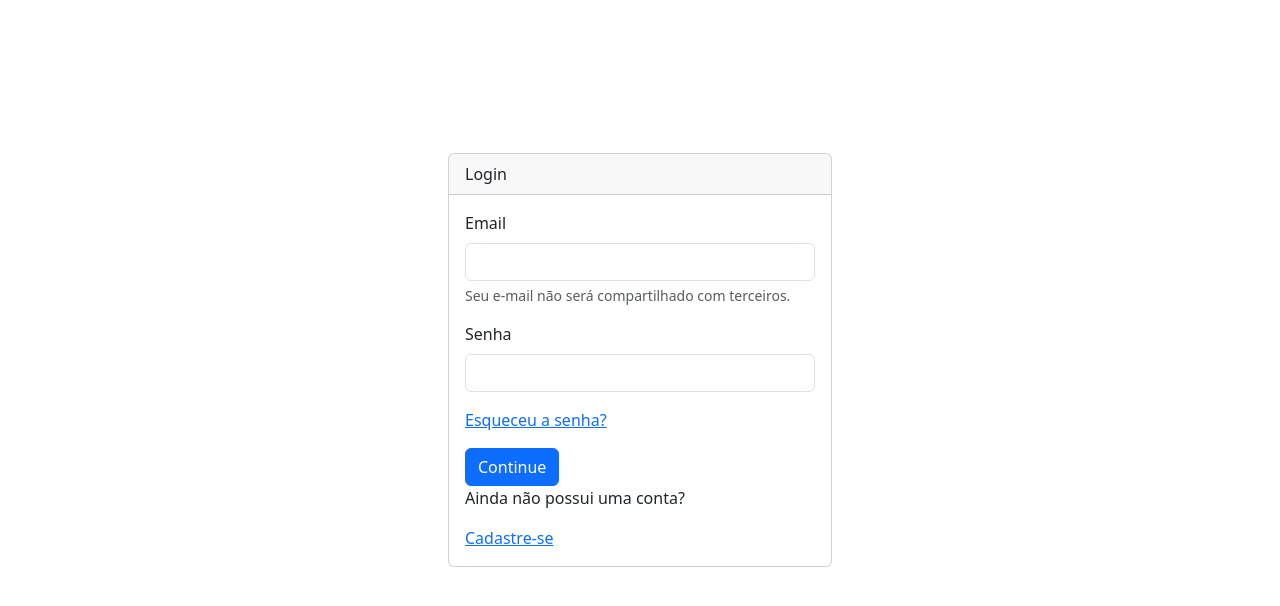
Repository: vandrecx/utilitaries
Page: http://localhost/login_archive/index.php
The author's editor kept a copy of each file at every save. The page is drawn from the files as they stood at one save, then again after the next save.
The browser window is 1280 px wide. The pictures show the whole page.
The page is run by PHP 8.4 with error messages shown; the project is at /var/www/html/.

Above is the page before, as saved 2024-05-01 14:32:29.

### login_archive/index.php
<?php

require_once 'Conn.php';
include 'funcoes.php';

?>

<!DOCTYPE html>
<html lang="en">
<head>
    <meta charset="UTF-8">
    <meta name="viewport" content="width=device-width, initial-scale=1.0">
    <link href="https://cdn.jsdelivr.net/npm/bootstrap@5.3.3/dist/css/bootstrap.min.css" rel="stylesheet" integrity="sha384-QWTKZyjpPEjISv5WaRU9OFeRpok6YctnYmDr5pNlyT2bRjXh0JMhjY6hW+ALEwIH" crossorigin="anonymous">
    <title>Página de Login</title>
</head>
<body>
    <div class="card" style="width: 30%; justify-content: center; position: absolute; top: 50%; left: 50%; transform: translate(-50%, -50%);">
        <div class="card-header">
            Login
        </div>
        <div class="card-body">
            <form method="POST" action="UserAuth.php">
                <div class="mb-3">
                    <label for="exampleInputEmail1" class="form-label">Email</label>
                    <input type="email" class="form-control" id="exampleInputEmail1" aria-describedby="emailHelp" name="email">
                    <div id="emailHelp" class="form-text">Seu e-mail não será compartilhado com terceiros.</div>
                </div>
                <div class="mb-3">
                    <label for="exampleInputPassword1" class="form-label">Senha</label>
                    <input type="password" class="form-control" id="exampleInputPassword1" name="password">
                </div>
                <div class="mb-3">
                    <a href="recupera_senha.php">Esqueceu a senha?</a>
                </div>
                <button type="submit" class="btn btn-primary" name="submit">Continue</button>
            </form>
                <p class="fst-normal">Ainda não possui uma conta? </p>
                <a href="">Cadastre-se</a>

                <?php if(isset($_GET['validation']) && $_GET['validation'] == '0'){ ?>
                    <br>
                    <div class="alert alert-danger" role="alert">
                        E-mail ou senha estão incorretos!
                    </div>
                <?php }else if(isset($_GET['validation']) && $_GET['validation'] == '1'){ ?>
                    <br>
                    <div class="alert alert-danger" role="alert">
                        Senha incorreta!
                    </div>
                <?php }else if(isset($_GET['validation']) && $_GET['validation'] == '2'){ ?>
                    <br>
                    <div class="alert alert-success" role="alert">
                        <h4 class="alert-heading">Senha alterada com sucesso!</h4>
                        <hr>
                        <p class="mb-0">Uma nova senha foi enviada para o e-mail <strong><?php echo hideEmail(); ?></strong></p>
                    </div>
                <?php } ?>
        </div>
    </div>
</body>
</html>

### login_archive/Conn.php
<?php

//PDO (PHP DATA OBJECTS)

$pdo = new PDO("mysql:host=localhost; dbname=sistema; charset=UTF8", "root", ""); // REALIZA CONEXÃO COM PDO
$pdo->setAttribute(PDO::ATTR_ERRMODE, PDO::ERRMODE_EXCEPTION); // EXCEPTIONS

?>

### login_archive/funcoes.php
<?php

require_once 'Conn.php';

// FUNÇÃO RESPONSÁVEL POR SANITIZAR OS DADOS PASSADOS POR POST
function sanitizeData($input_name, $type){
    switch ($type){

        case 'text':
            return filter_input(INPUT_POST, $input_name, FILTER_SANITIZE_SPECIAL_CHARS);
            break;

        case 'email':
            $email = filter_input(INPUT_POST, $input_name, FILTER_SANITIZE_EMAIL);
            //VALIDAR EMAIL AQUI NO MEIO
            return $email;
            break;

        case 'url':
            return filter_input(INPUT_POST, $input_name, FILTER_SANITIZE_URL);
            break;

        case 'int':
            return filter_input(INPUT_POST, $input_name, FILTER_SANITIZE_NUMBER_INT);
            break;

        case 'float':
            return filter_input(INPUT_POST, $input_name, FILTER_SANITIZE_NUMBER_FLOAT);
            break;

        default:
            return $input_name;
    }
}

// GERA SENHA ALEATÓRIA DE 6 CARACTERES
function generatePassword(){
    $chars = 'abcdefghijklmnopqrstuvwxyzABCDEFGHIJKLMNOPQRSTUVWXYZ0123456789!@#$%^&*()-_=+';
    return substr(str_shuffle($chars), 0, 5) . substr(str_shuffle('ABCDEFGHIJKLMNOPQRSTUVWXYZ!@#$%^&*()-_=+'), 0, 1);
}

// ATUALIZA SENHA (usada em ForgotPassword.php)
function updatePass($newpass, $email, $pdo){

    try{

        $update = $pdo->prepare("UPDATE entidade SET s_password_entidade = :new_pass WHERE s_enterpriseemail_entidade = :s_enterpriseemail_entidade");
        $update->bindParam(':new_pass', $newpass);
        $update->bindParam(':s_enterpriseemail_entidade', $email);
        $update->execute();

    } catch(PDOException $err) {

        echo 'Erro na atualização: ' . $err;

    }

}

//ESCONDE EMAIL DE RECUPERAÇÃO PASSADO POR SESSION
function hideEmail(){

    session_start();

    $email = $_SESSION['pass_repair'];
    $encript_email = substr($email, 0, 5);
    $result_email = $encript_email . str_repeat("*", strlen($email) - 5);

    session_destroy();

    return $result_email;
}

?>

After the next save:
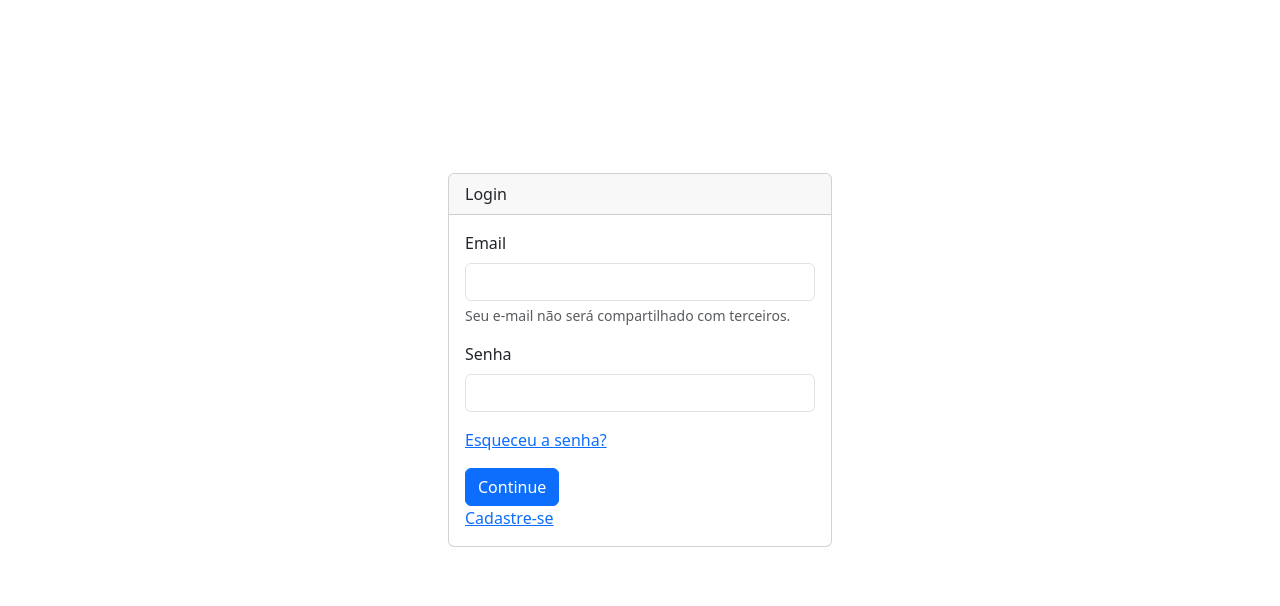
Saved 43 s later.
--- a/login_archive/index.php
+++ b/login_archive/index.php
@@ -34,7 +34,7 @@ include 'funcoes.php';
                 </div>
                 <button type="submit" class="btn btn-primary" name="submit">Continue</button>
             </form>
-                <p class="fst-normal">Ainda não possui uma conta? </p>
+
                 <a href="">Cadastre-se</a>
 
                 <?php if(isset($_GET['validation']) && $_GET['validation'] == '0'){ ?>
